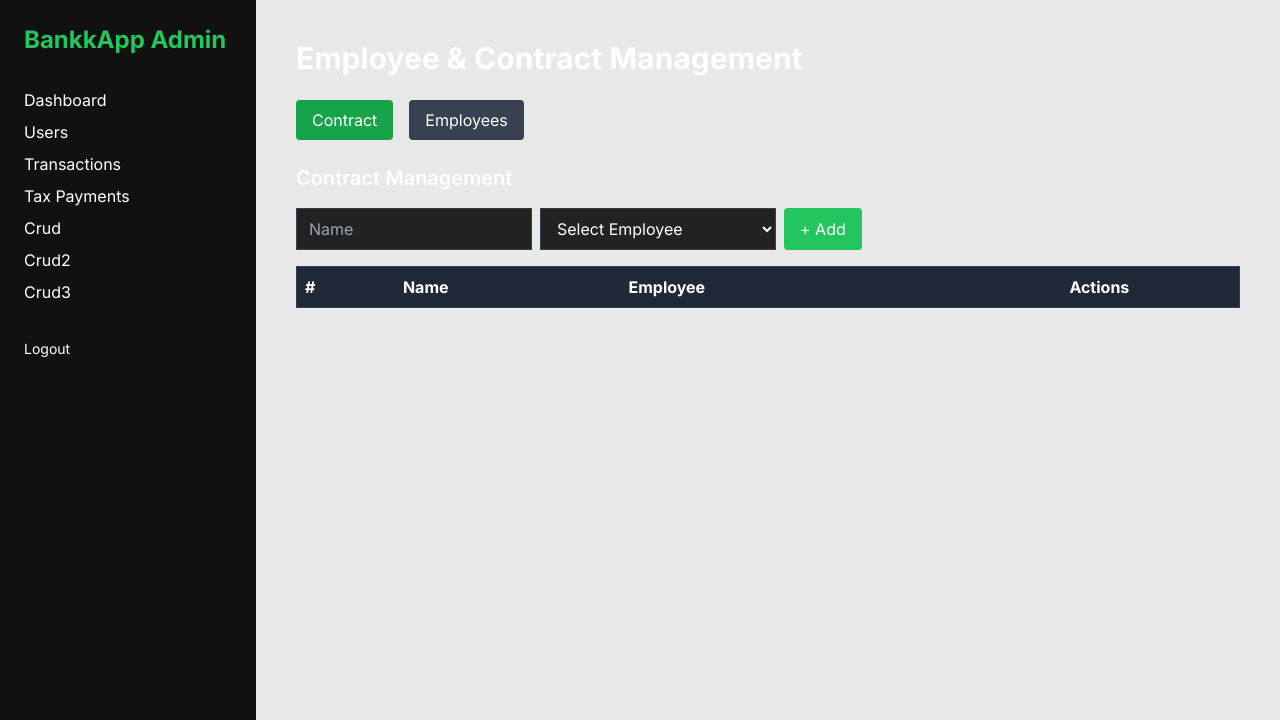
Repository: EraGashii/bnk_team
Page: /admin/crud4 (app in bnk/)
These files come from the project's save history. The page is drawn as it stood at one moment and after the next save; the edit follows.
The browser window is 1280 px wide. The pictures show the whole page.
The page's requests for data from a server got no answer. The project was rebuilt for these pictures with package versions that can differ from the ones it lists, and the page was loaded fresh each time. The framework's server and built-in components were replaced by stand-ins that run in the browser. No one was signed in, and anything a server would have sent is missing. Also part of the build but not shown: bnk/next.config.mjs.

Above is the page before, as saved 2025-05-07 00:16:33.

After the next save:
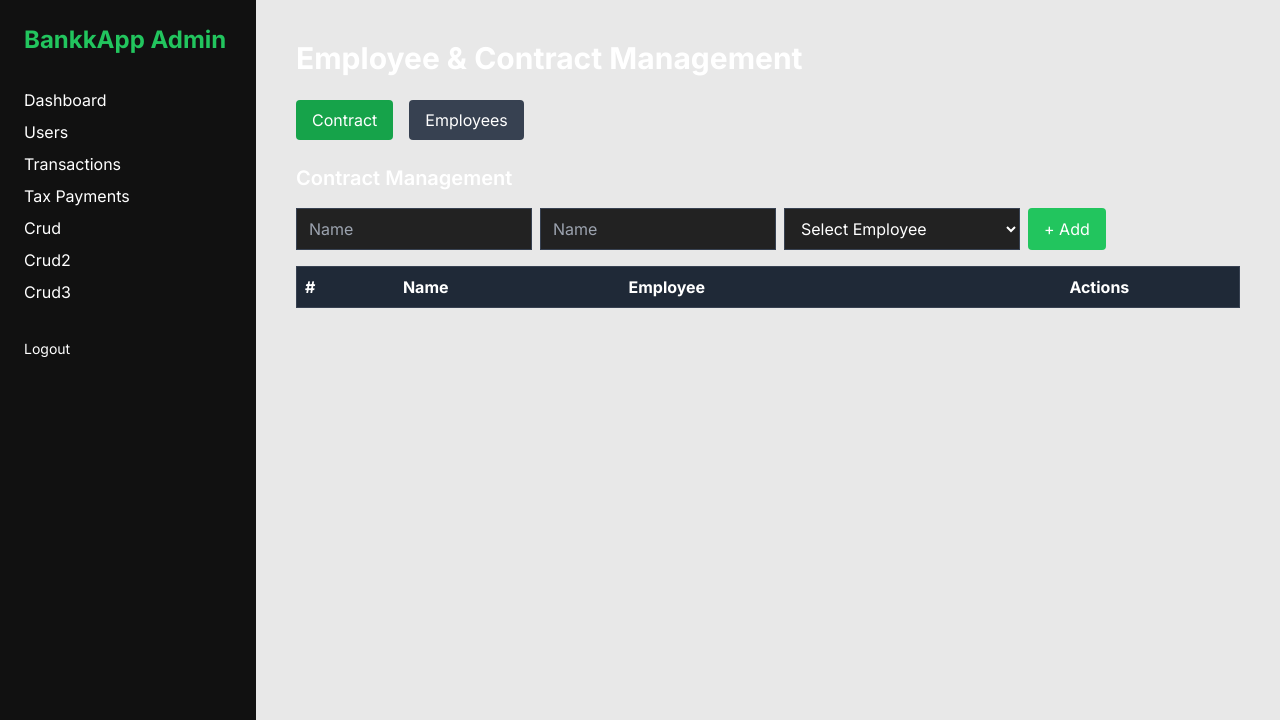
Saved 11 s later.
--- a/bnk/app/admin/crud4/page.tsx
+++ b/bnk/app/admin/crud4/page.tsx
@@ -130,6 +130,7 @@ const EmployeeContractManager: React.FC = () => {
           <div>
             <h2 className="text-xl font-semibold mb-4">Contract Management</h2>
             <div className="flex gap-2 mb-4">
+              <input type="text" name="Name" placeholder="Name" value={ContractData.Title} onChange={handleContractInput} className="bg-[#222] text-white border border-gray-700 px-3 py-2 w-1/4" />
               <input type="text" name="Name" placeholder="Name" value={ContractData.Title} onChange={handleContractInput} className="bg-[#222] text-white border border-gray-700 px-3 py-2 w-1/4" />
               <select name="EmployeeId" value={ContractData. EmployeeId} onChange={handleContractInput} className="bg-[#222] text-white border border-gray-700 px-3 py-2 w-1/4">
                 <option value="">Select Employee</option>
